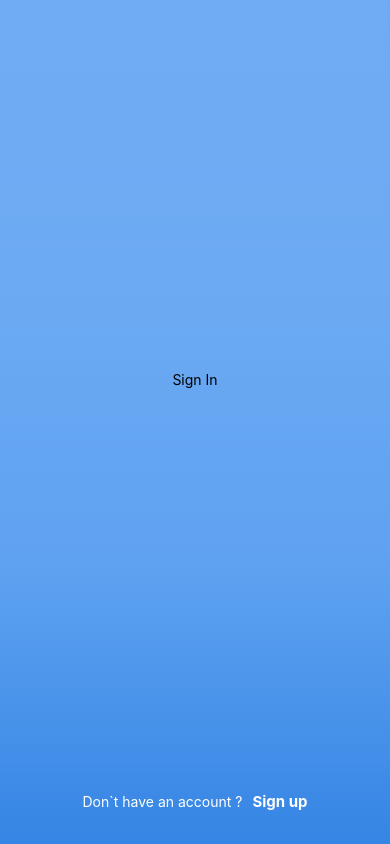
Repository: kamarajcalm/loginpage
Screen: /
The author's editor kept a copy of each file at every save. The screen is drawn from the files as they stood at one save, then again after the next save.
The app was drawn by React Native's web renderer in a window 390 px wide. The project was rebuilt for these pictures with package versions that can differ from the ones it lists, and the page was loaded fresh each time.

Above is the screen before, as saved 2021-12-25 23:50:41.

After the next save:
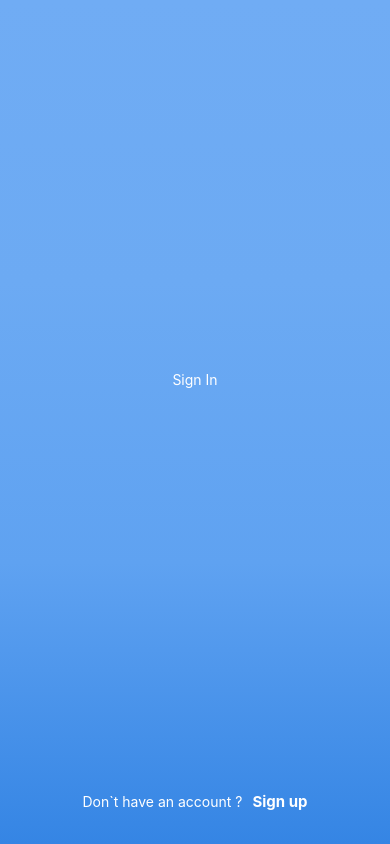
Saved 15 s later.
--- a/App.js
+++ b/App.js
@@ -12,7 +12,7 @@ export default function App() {
 
       <View style={styles.content}>
         <View>
-          <Text>Sign In</Text>
+          <Text style={[styles.text]}>Sign In</Text>
         </View>
       </View>
       <View style={styles.footer}>
